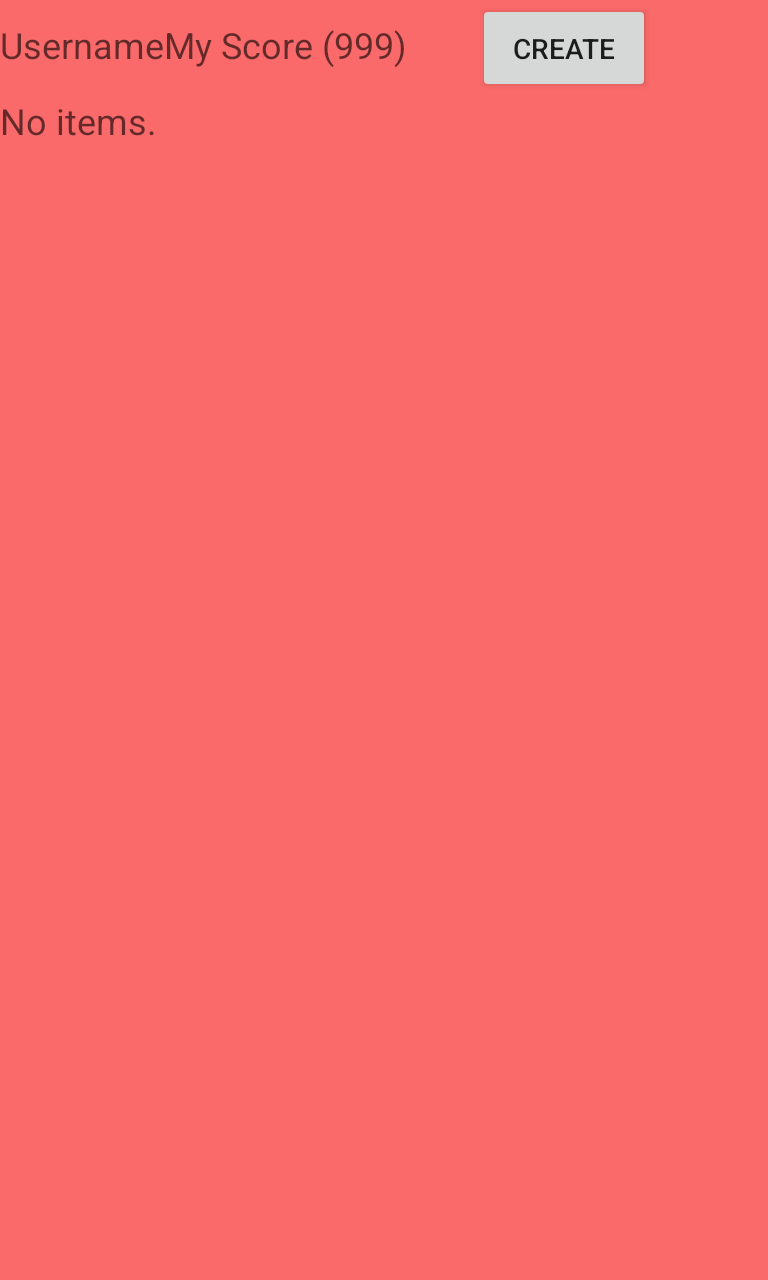
Repository: quantumlicht/android-capstone
Layout: capstone_client/res/layout/fragment_completed_quiz.xml
These files come from the project's save history. The layout is drawn as it stood at one moment and after the next save; the edit follows.
It is drawn on a 768 x 1280 px phone screen (xhdpi) without system bars, with theme AppTheme; the app's code is not run. Lists and similar views that code fills are empty. The app's manifest (not shown) leaves right-to-left support off. So textAlignment, textDirection and layoutDirection are ignored, and left and right values win over start and end ones.

Above is the layout before, as saved 2014-11-15 02:44:46.

After the next save:
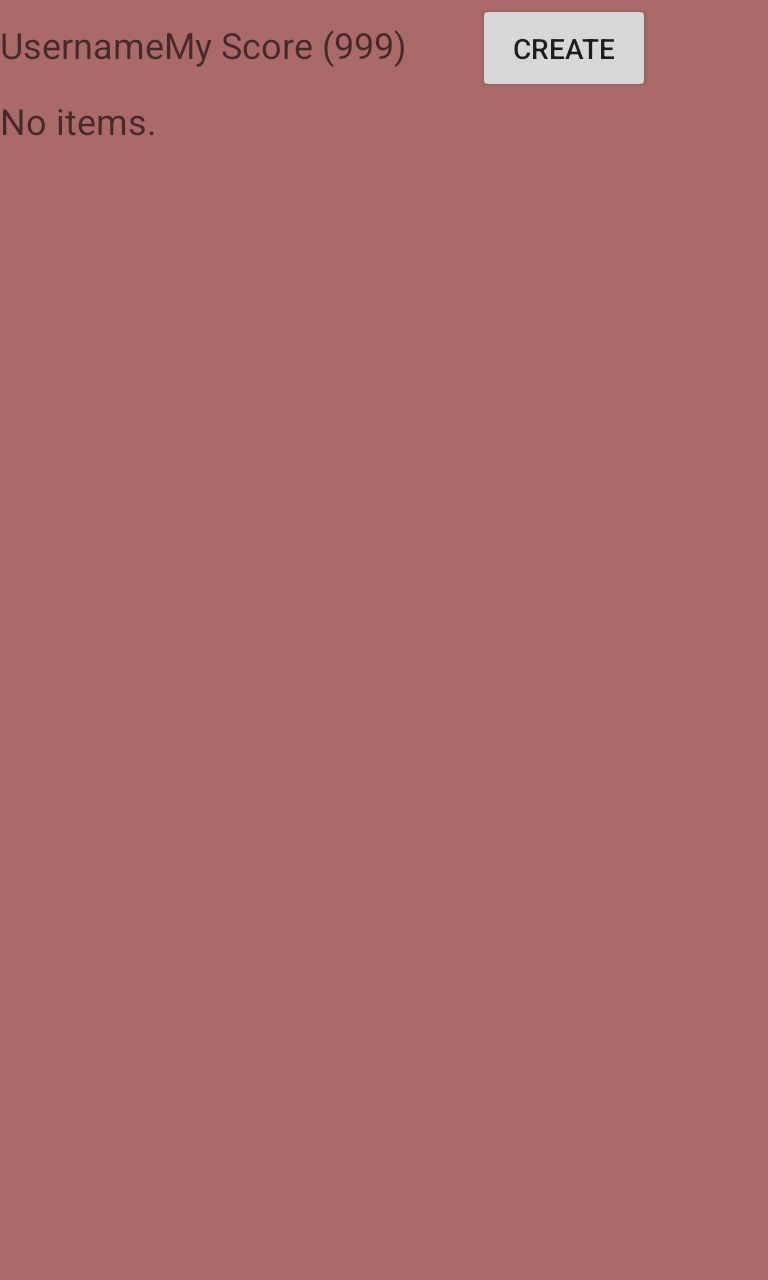
Saved 46 s later.
--- a/capstone_client/res/layout/fragment_completed_quiz.xml
+++ b/capstone_client/res/layout/fragment_completed_quiz.xml
@@ -2,7 +2,7 @@
 <LinearLayout xmlns:android="http://schemas.android.com/apk/res/android"
     android:layout_width="match_parent"
     android:layout_height="match_parent"
-    android:background="#fa6a6a"
+    android:background="#aa6a6a"
     android:orientation="vertical" >
 
     <LinearLayout

After the save that followed:
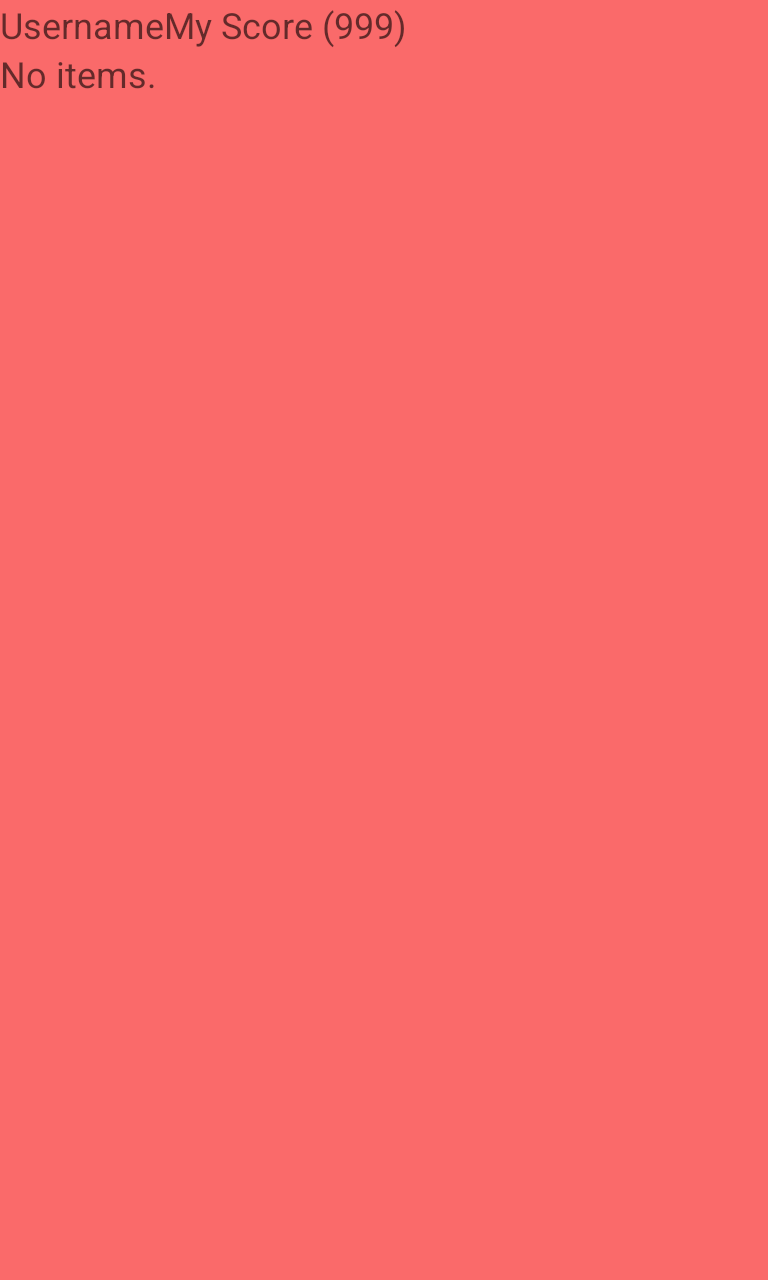
Saved 2 min 45 s later.
--- a/capstone_client/res/layout/fragment_completed_quiz.xml
+++ b/capstone_client/res/layout/fragment_completed_quiz.xml
@@ -2,7 +2,7 @@
 <LinearLayout xmlns:android="http://schemas.android.com/apk/res/android"
     android:layout_width="match_parent"
     android:layout_height="match_parent"
-    android:background="#aa6a6a"
+    android:background="#fa6a6a"
     android:orientation="vertical" >
 
     <LinearLayout
@@ -25,17 +25,12 @@
             android:textAlignment="gravity"
             android:textAppearance="?android:attr/textAppearanceMedium" />
 
-         <Button
-             android:id="@+id/createButton"
-             android:layout_width="wrap_content"
-             android:layout_height="wrap_content"
-             android:text="Create" />
-
     </LinearLayout>
 
     <FrameLayout
         android:layout_width="match_parent"
-        android:layout_height="299dp" >
+        android:layout_height="0dip"
+        android:layout_weight="1" >
 
         <!--
              Here is the list. Since we are using a ListActivity, we
@@ -44,14 +39,12 @@
         -->
 
         <ListView
-            android:id="@+id/android:list"
+            android:id="@+id/list"
             android:layout_width="match_parent"
             android:layout_height="match_parent"
             android:drawSelectorOnTop="false" />
 
         <!-- Here is the view to show if the list is emtpy -->
-
-
 
         <TextView
             android:id="@android:id/empty"
@@ -59,7 +52,6 @@
             android:layout_height="match_parent"
             android:text="No items."
             android:textAppearance="?android:attr/textAppearanceMedium" />
-
     </FrameLayout>
 
 </LinearLayout>
